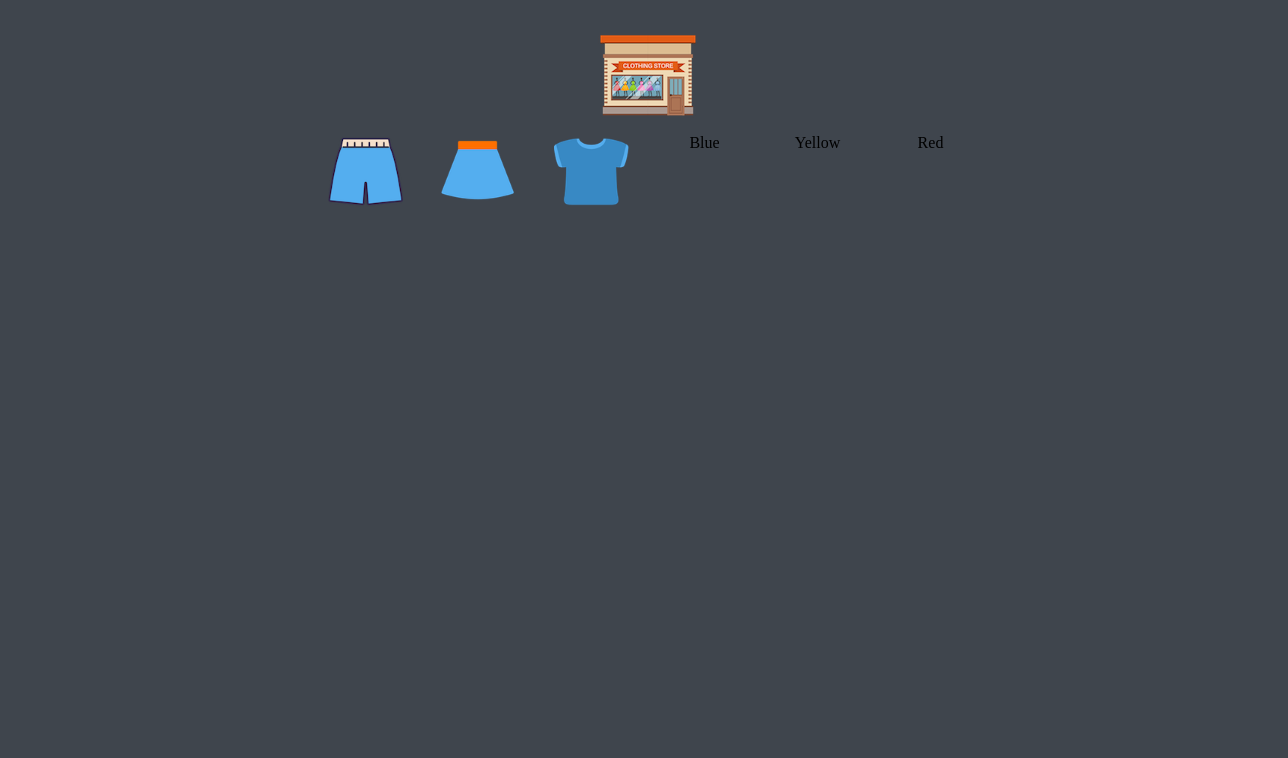
Repository: Jay-JYKim91/elle-shopping-mall
Page: index.html
An editor plug-in stored every save of this project. The page is shown before and after the next save, followed by the edit.
The browser window is 1280 px wide. The page is 1288 px wide, so the pictures cover 1288 px, including what lies to the right of the window. The pictures show the whole page.

Above is the page before, as saved 2021-07-26 19:31:11.

### index.html
<!DOCTYPE html>
<html lang="en">
  <head>
    <meta charset="UTF-8" />
    <meta name="viewport" content="width=device-width, initial-scale=1.0" />
    <title>Online Shopping</title>
    <link rel="stylesheet" href="style.css" />
    <script src="src/main.js" defer></script>
  </head>
  <body>
    <div class="container">
      <div class="logo">
        <img src="./img/logo.png" alt="logo">
      </div>
      <div class="options">
        <img src="./img/blue_p.png" alt="">
        <img src="./img/blue_s.png" alt="">
        <img src="./img/blue_t.png" alt="">
        <div class="color-box blue">Blue</div>
        <div class="color-box yellow">Yellow</div>
        <div class="color-box red">Red</div>
      </div>
      <div class="lists">

      </div>
    </div>
  </body>
</html>

### style.css
:root {
  /* color */
  --color-black: #3f454d;
  --color-white: #ffffff;
  --color-blue: #3b88c3;
  --color-yellow: #fbbe28;
  --color-pink: #fd7f84;
  --color-light-grey: #dfdfdf;
}

* {
  box-sizing: border-box;
}
body {
  background-color: var(--color-black);
  height: 100vh;
  width: 100vw;
}
.container {
  text-align: center;
  width: 50vw;
  height: 70vh;
  margin: 30px auto;
}
.options {
  display: flex;
  justify-content: space-between;
}
.options img {
  width: 75px;
  height: 75px;
}
.color-box {
  width: 75px;
  height: 75px;
  text-align: center;
  vertical-align: center;
}

Loaded but not shown: src/main.js (no copy from this time; the picture is the same without it)

After the next save:
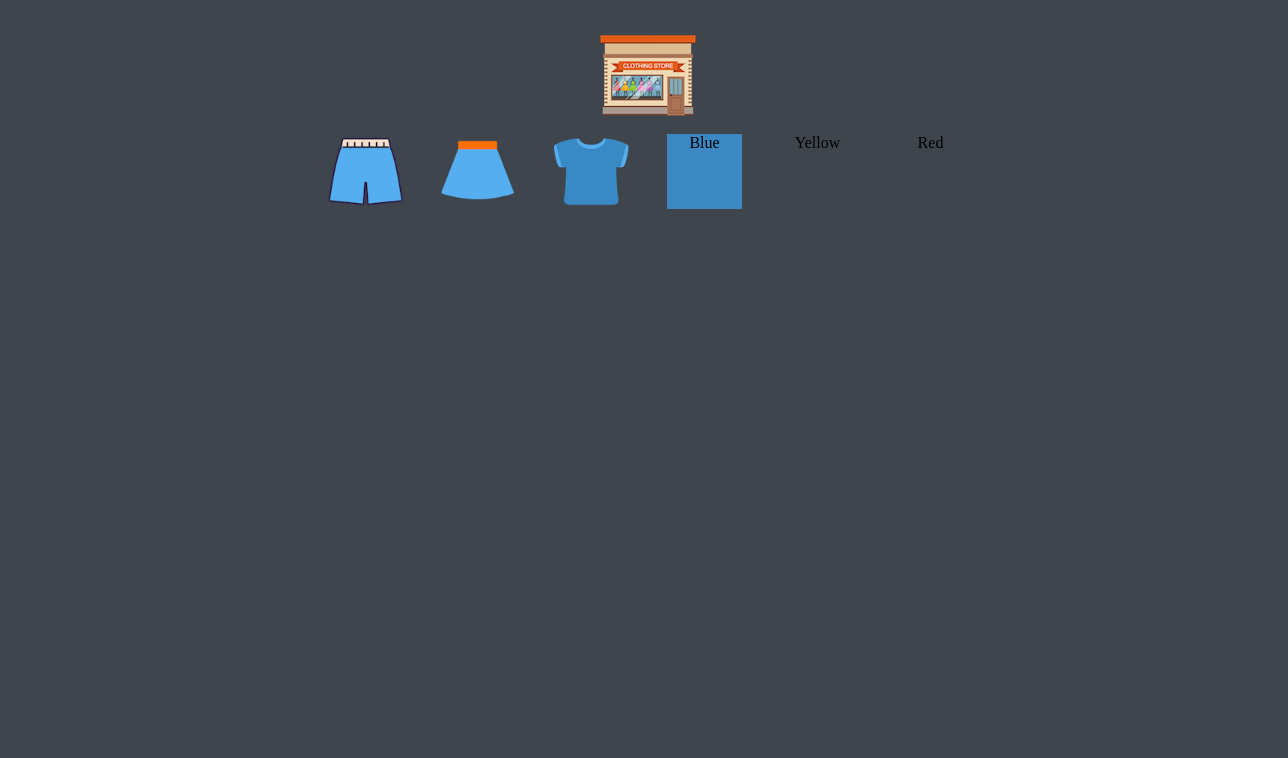
Saved 53 s later.
--- a/style.css
+++ b/style.css
@@ -36,3 +36,6 @@ body {
   text-align: center;
   vertical-align: center;
 }
+.blue {
+  background-color: var(--color-blue);
+}
